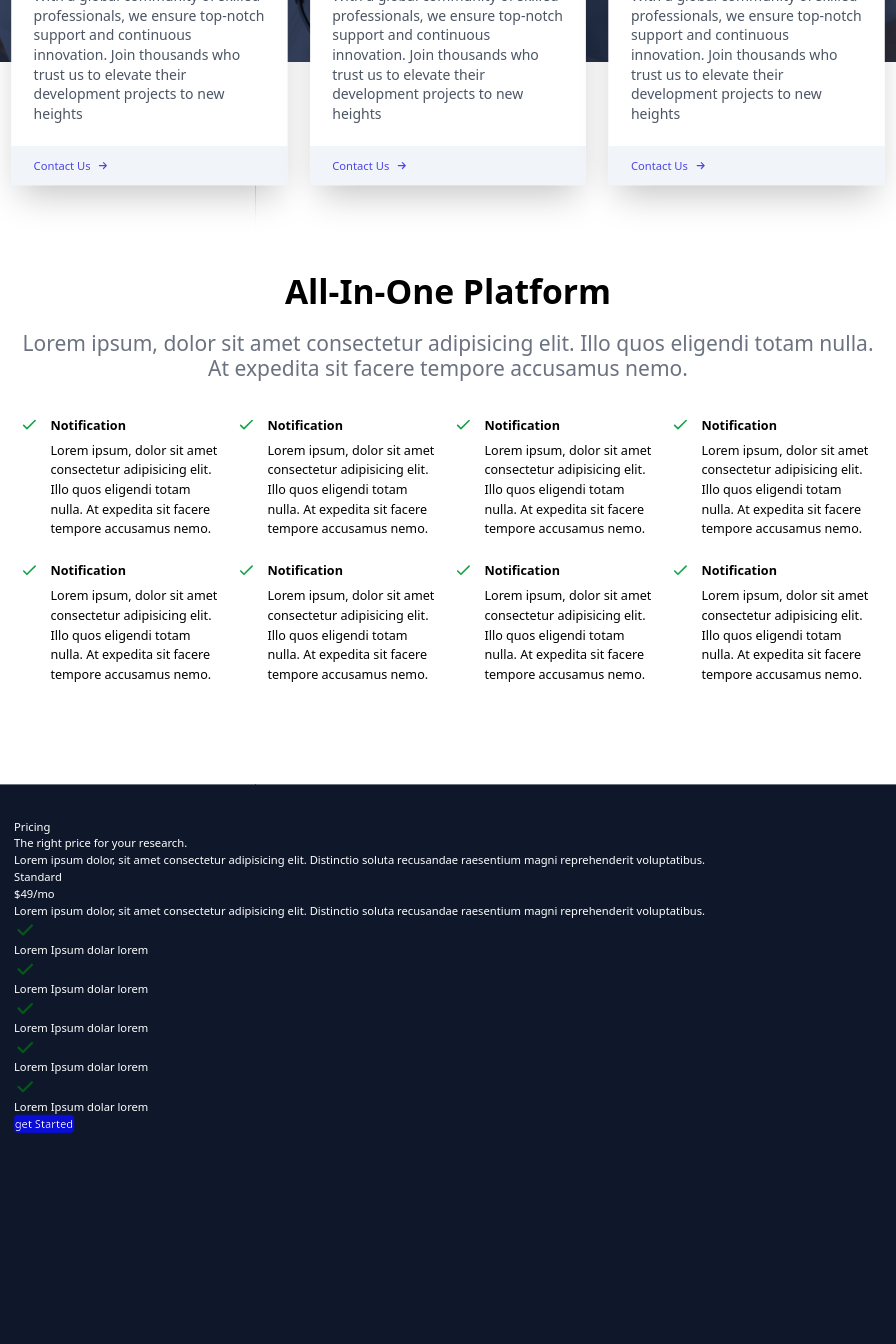
Repository: adrcstro/react-project-2
Page: /
The author's editor kept a copy of each file at every save. The page is drawn from the files as they stood at one save, then again after the next save.
The browser window is 1280 px wide. The pictures show the part of the page from y = 1882 to 3802 px (the page is 3802 px tall), at 70% of full size.
The project was rebuilt for these pictures with package versions that can differ from the ones it lists, and the page was loaded fresh each time.

Above is the page before, as saved 2024-08-16 07:47:51.

### src/index.js
import React from 'react';
import ReactDOM from 'react-dom/client';
import './index.css';
import App from './App';

const root = ReactDOM.createRoot(document.getElementById('root'));
root.render(

    <App />

);

### src/index.css
@tailwind base;
@tailwind components;
@tailwind utilities;

@layer base{
    li{
       @apply p-4
    }
    button{
        @apply text-white border bg-indigo-600 border-indigo-600
        hover:bg-transparent hover:text-indigo-600 rounded-md
    }
}

### src/App.js
import About from "./components/About";
import AllinOne from "./components/AllinOne";
import Hero from "./components/Hero";
import Navbar from "./components/Navbar";
import Pricing from "./components/Pricing";
import Support from "./components/Support";



function App() {
  return (
    <>
<Navbar/>
<Hero/>
<About />
<Support />
<AllinOne/>
<Pricing />
    </>

  );
}

export default App;

### src/components/About.jsx
import React from 'react'

function About() {
  return (
    <div className='w-full my-32'>
        <div className='max-w-[1240px] mx-auto'>
          <div className='text-center'>
            <h2 className='text-5xl font-bold'>Trusted by developers across the world</h2>
            <p className='text-3xl py6 text-gray-500 px-3'>Trusted by developers across the world, our platform stands as a reliable choice for building robust
             applications. With a global community of skilled professionals.</p>
          </div>

          <div className='grid md:grid-cols-3 gap-3 px-2 text-center mt-4'>
             <div className='border py-8 rounded-xl shadow-xl'>
              <p className='text-6xl font-bold text-indigo-600'>100%</p>
              <p className='text-gray-400 mt-2'>Completion</p>
             </div>
             <div className='border py-8 rounded-xl shadow-xl'>
              <p className='text-6xl font-bold text-indigo-600'>24/7</p>
              <p className='text-gray-400 mt-2'>Delivery</p>
             </div>
             <div className='border py-8 rounded-xl shadow-xl'>
              <p className='text-6xl font-bold text-indigo-600'>100K</p>
              <p  className='text-gray-400 mt-2'>Transaction</p>
             </div>
          </div>
        </div>
    </div>
  )
}

export default About

### src/components/AllinOne.jsx
import React from 'react'
import { CheckIcon } from '@heroicons/react/outline'
function AllinOne() {
  return (
    <div className='w-full my-32'>
        <div className='max-w-[1240px] mx-auto px-2'>
            <h2 className='text-5xl font-bold text-center'>All-In-One Platform</h2>
            <p className='text-3xl py-8 text-gray-500 text-center'>Lorem ipsum, dolor sit amet consectetur adipisicing elit. Illo quos eligendi
            totam nulla. At expedita sit facere tempore accusamus nemo.</p>
        <div className='grid sm:grid-cols-2 lg:grid-cols-4 gap-4 pt-4'>

            <div>
                <div className='flex'>
                <div>
                <CheckIcon className='w-7 mr-4 text-green-600'/>
                </div>
                    <div className=''>
                        <h3 className='font-bold text-lg'>Notification</h3>
                        <p className='text-lg pt-2 pb-4'>Lorem ipsum, dolor sit amet consectetur adipisicing elit. Illo quos eligendi
                        totam nulla. At expedita sit facere tempore accusamus nemo.</p>
                    </div>
                </div>
            </div>
            <div>
                <div className='flex'>
                <div>
                <CheckIcon className='w-7 mr-4 text-green-600'/>
                </div>
                    <div className=''>
                        <h3 className='font-bold text-lg'>Notification</h3>
                        <p className='text-lg pt-2 pb-4'>Lorem ipsum, dolor sit amet consectetur adipisicing elit. Illo quos eligendi
                        totam nulla. At expedita sit facere tempore accusamus nemo.</p>
                    </div>
                </div>
            </div>
            <div>
                <div className='flex'>
                <div>
                <CheckIcon className='w-7 mr-4 text-green-600'/>
                </div>
                    <div className=''>
                        <h3 className='font-bold text-lg'>Notification</h3>
                        <p className='text-lg pt-2 pb-4'>Lorem ipsum, dolor sit amet consectetur adipisicing elit. Illo quos eligendi
                        totam nulla. At expedita sit facere tempore accusamus nemo.</p>
                    </div>
                </div>
            </div>
            <div>
                <div className='flex'>
                <div>
                <CheckIcon className='w-7 mr-4 text-green-600'/>
                </div>
                    <div className=''>
                        <h3 className='font-bold text-lg'>Notification</h3>
                        <p className='text-lg pt-2 pb-4'>Lorem ipsum, dolor sit amet consectetur adipisicing elit. Illo quos eligendi
                        totam nulla. At expedita sit facere tempore accusamus nemo.</p>
                    </div>
                </div>
            </div>
            <div>
                <div className='flex'>
                <div>
                <CheckIcon className='w-7 mr-4 text-green-600'/>
                </div>
                    <div className=''>
                        <h3 className='font-bold text-lg'>Notification</h3>
                        <p className='text-lg pt-2 pb-4'>Lorem ipsum, dolor sit amet consectetur adipisicing elit. Illo quos eligendi
                        totam nulla. At expedita sit facere tempore accusamus nemo.</p>
                    </div>
                </div>
            </div>
            <div>
                <div className='flex'>
                <div>
                <CheckIcon className='w-7 mr-4 text-green-600'/>
                </div>
                    <div className=''>
                        <h3 className='font-bold text-lg'>Notification</h3>
                        <p className='text-lg pt-2 pb-4'>Lorem ipsum, dolor sit amet consectetur adipisicing elit. Illo quos eligendi
                        totam nulla. At expedita sit facere tempore accusamus nemo.</p>
                    </div>
                </div>
            </div>
            <div>
                <div className='flex'>
                <div>
                <CheckIcon className='w-7 mr-4 text-green-600'/>
                </div>
                    <div className=''>
                        <h3 className='font-bold text-lg'>Notification</h3>
                        <p className='text-lg pt-2 pb-4'>Lorem ipsum, dolor sit amet consectetur adipisicing elit. Illo quos eligendi
                        totam nulla. At expedita sit facere tempore accusamus nemo.</p>
                    </div>
                </div>
            </div>
            <div>
                <div className='flex'>
                <div>
                <CheckIcon className='w-7 mr-4 text-green-600'/>
                </div>
                    <div className=''>
                        <h3 className='font-bold text-lg'>Notification</h3>
                        <p className='text-lg pt-2 pb-4'>Lorem ipsum, dolor sit amet consectetur adipisicing elit. Illo quos eligendi
                        totam nulla. At expedita sit facere tempore accusamus nemo.</p>
                    </div>
                </div>
            </div>

        </div>
        </div>
    </div>
  )
}

export default AllinOne

### src/components/Hero.jsx
import React from 'react'
import {
  CloudUploadIcon,
  DatabaseIcon,
  PaperAirplaneIcon,
  ServerIcon,
} from '@heroicons/react/solid'

import bgImg from '../assets/cyber-bg.png'

function Hero() {
  return (
    <div className='w-full h-screen bg-zinc-200 flex flex-col justify-between'>
<div className='grid md:grid-cols-2 max-w-[1240px] m-auto'>
       <div className='flex flex-col justify-center md:items-start w-full px-2 py-8'>
        <p className='text-2xl'>Unique Sequencing & Production</p>
        <h1 className='py-3 text-5xl md:text-7xl font-bold'>Cloud Management</h1>
        <p className='text-2xl'>This is our Tech brand</p>
        <button className='py-3 px-6 sm:w-[60%] my-4 '>Get Started</button>
       </div>
       <div>
    <img className='w-full' src={bgImg} alt='/' />
       </div>
<div className='absolute flex flex-col py-8 md:min-w-[760px] bottom-[5%] mx-1 md:left-1/2
transform md:-translate-x-1/2 bg-zinc-200 border border-slate-300 rounded-xl text-center shadow-xl'>
  <p>Data Services</p>
  <div className='flex justify-between flex-wrap px-4'>
    <p className='flex px-4 py-2 text-slate-500'><CloudUploadIcon className='h-6 text-indigo-600' /> App Security</p>
    <p className='flex px-4 py-2 text-slate-500'><DatabaseIcon className='h-6 text-indigo-600' /> Dashboard</p>
    <p className='flex px-4 py-2 text-slate-500'><PaperAirplaneIcon className='h-6 text-indigo-600' /> Cloud Data</p>
    <p className='flex px-4 py-2 text-slate-500'><ServerIcon className='h-6 text-indigo-600' /> API</p>
  </div>
</div>
</div>
    </div>
  )
}

export default Hero

### src/components/Navbar.jsx
import React ,{useState} from 'react'
import {MenuIcon, XIcon} from '@heroicons/react/outline'

function Navbar() {

const [nav, setNav] = useState(false)
const handleClick = () => setNav(!nav)



  return (
    <div className='w-screen h-[80px] z-10 bg-zinc-200 fixed drop-shadow-lg'>
    <div className='px-2 flex justify-between items-center  w-full h-full'>
<div className='flex items-center'>
  <h1 className='text-3xl font-bold mr-4 sm:text-4xl'>BRANS.</h1>
  <ul className='hidden  md:flex'>
<li>Home</li>
<li>About</li>
<li>Support</li>
<li>Platforms</li>
<li>Pricing</li>
  </ul>
</div>
<div className='hidden md:flex pr-4'>
  <button className='border-none bg-transparent text-black mr-4'>Sign In</button>
  <button className='px-8 py-3'>Sign Up</button>
</div>

    <div  className='md:hidden mr-4' onClick={handleClick}>
    {!nav ? <MenuIcon className="w-5"/> : <XIcon className='w-5'/>}

    </div>
    </div>
<ul className={!nav ? 'hidden' : 'absolute bg-zinc-200 w-full px-8'}>
<li className='border-b-2 border-zinc-300 w-full'>Home</li>
<li className='border-b-2 border-zinc-300 w-full'>About</li>
<li className='border-b-2 border-zinc-300 w-full'>Support</li>
<li className='border-b-2 border-zinc-300 w-full'>Platforms</li>
<li className='border-b-2 border-zinc-300 w-full'>Pricing</li>
<div className='flex flex-col my-4'>
<button className='bg-transparent  text-indigo-600 px-8 py-3 mb-4'>Sign In</button>
<button className='px-8 py-3'>Sign Up</button>
</div>
</ul>

    </div>

  )
}

export default Navbar

### src/components/Pricing.jsx
import React from 'react'
import { CheckIcon } from '@heroicons/react/solid'
function Pricing() {
  return (
    <div className='w-full text-white my-24'>
        <div className='w-full h-[800px] bg-slate-900 absolute mix-blend-overlay'></div>
        <div className='max-w-[1240px] mx-auto py-12'>
        <div>
            <h2>Pricing</h2>
            <h3>The right price for your
            research.</h3>
            <p>Lorem ipsum dolor, sit amet consectetur
             adipisicing elit. Distinctio soluta recusandae
             raesentium magni reprehenderit voluptatibus.</p>
        </div>
       <div>
        <div>
            <span>Standard</span>
            <div>
                <p>$49<span>/mo</span></p>
            </div>
            <p>Lorem ipsum dolor, sit amet consectetur
             adipisicing elit. Distinctio soluta recusandae
             raesentium magni reprehenderit voluptatibus.</p>
             <div>
                <p><CheckIcon className='w-8 mr-5 text-green-600'/> Lorem Ipsum dolar lorem</p>
                <p><CheckIcon className='w-8 mr-5 text-green-600'/> Lorem Ipsum dolar lorem</p>
                <p><CheckIcon className='w-8 mr-5 text-green-600'/> Lorem Ipsum dolar lorem</p>
                <p><CheckIcon className='w-8 mr-5 text-green-600'/> Lorem Ipsum dolar lorem</p>
                <p><CheckIcon className='w-8 mr-5 text-green-600'/> Lorem Ipsum dolar lorem</p>
                <button>get Started</button>
             </div>
        </div>
       </div>



        </div>
    </div>
  )
}

export default Pricing

### src/components/Support.jsx
import React from 'react'
import {PhoneIcon, ArrowSmRightIcon} from '@heroicons/react/outline';
import {ChipIcon, SupportIcon} from '@heroicons/react/solid'

import supportImg from '../assets/support.jpg'
function Support() {
  return (
    <div className='w-full  mt-24'>
        <div className='w-full h-[700px] bg-gray-900/90 absolute'>
            <img className='w-full h-full object-cover mix-blend-overlay' src={supportImg} alt='/' />
        </div>
        <div className='w-max-w-[1240px] mx-auto text-white relative'>
            <div className='px-4 py-12'>
                <h2 className='text-3xl pt-8 text-slate-300 uppercase text-center'>Support</h2>
                <h3 className='text-5xl font-bold py-6 text-center'>Finding the right team</h3>
                <p className='py-4 text-3xl text-center text-slate-300 '>With a global community of skilled professionals, we ensure top-notch support and continuous innovation. Join thousands
                 who trust us to elevate their development projects to new heights</p>
            </div>


            <div className='grid grid-cols-1 lg:grid-cols-3 relative gap-x-8 gap-y-16 px-4 pt-12 sm:pt-20 text-black'>
            <div className='bg-white rounded-xl shadow-2xl'>
                 <div className='p-8'>
                    <PhoneIcon className='w-16 p-4 bg-indigo-600 text-white rounded-lg mt-[-4rem]'/>
                    <h3 className='font-bold text-2xl my-6'>Sales</h3>
                    <p className='text-gray-600 text-xl '>With a global community of skilled professionals, we ensure top-notch support and continuous innovation. Join thousands who trust us to elevate their development projects to new heights</p>
                 </div>
                 <div className='bg-slate-100 pl-8 py-4'>
                    <p className='flex items-center text-indigo-600'>Contact Us <ArrowSmRightIcon className='w-5 ml-2'/> </p>
                 </div>
            </div>
            <div className='bg-white rounded-xl shadow-2xl'>
                 <div className='p-8'>
                    <SupportIcon className='w-16 p-4 bg-indigo-600 text-white rounded-lg mt-[-4rem]'/>
                    <h3 className='font-bold text-2xl my-6'>Technical Support</h3>
                    <p className='text-gray-600 text-xl '>With a global community of skilled professionals, we ensure top-notch support and continuous innovation. Join thousands who trust us to elevate their development projects to new heights</p>
                 </div>
                 <div className='bg-slate-100 pl-8 py-4'>
                    <p className='flex items-center text-indigo-600'>Contact Us <ArrowSmRightIcon className='w-5 ml-2'/> </p>
                 </div>
            </div>
            <div className='bg-white rounded-xl shadow-2xl'>
                 <div className='p-8'>
                    <ChipIcon className='w-16 p-4 bg-indigo-600 text-white rounded-lg mt-[-4rem]'/>
                    <h3 className='font-bold text-2xl my-6'>Media Inquiries</h3>
                    <p className='text-gray-600 text-xl '>With a global community of skilled professionals, we ensure top-notch support and continuous innovation. Join thousands who trust us to elevate their development projects to new heights</p>
                 </div>
                 <div className='bg-slate-100 pl-8 py-4'>
                    <p className='flex items-center text-indigo-600'>Contact Us <ArrowSmRightIcon className='w-5 ml-2'/> </p>
                 </div>
            </div>
        </div>
    </div>
    </div>
  )
}

export default Support

Loaded but not shown: public/index.html (common file); tailwind.config.js (common file)

After the next save:
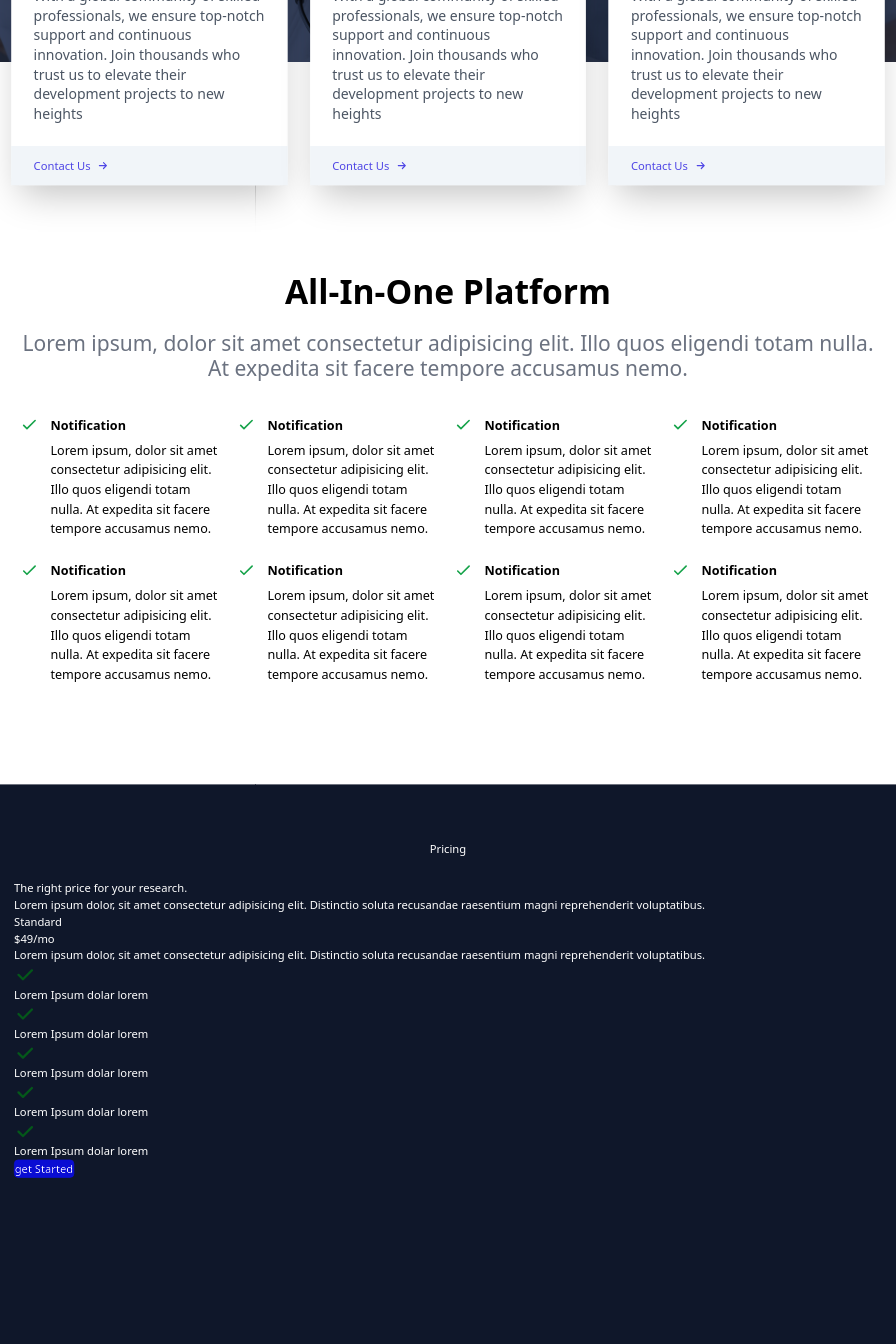
Saved 15 s later.
--- a/src/components/Pricing.jsx
+++ b/src/components/Pricing.jsx
@@ -6,7 +6,7 @@ function Pricing() {
         <div className='w-full h-[800px] bg-slate-900 absolute mix-blend-overlay'></div>
         <div className='max-w-[1240px] mx-auto py-12'>
         <div>
-            <h2>Pricing</h2>
+            <h2  className='text-center py-8'>Pricing</h2>
             <h3>The right price for your
             research.</h3>
             <p>Lorem ipsum dolor, sit amet consectetur
